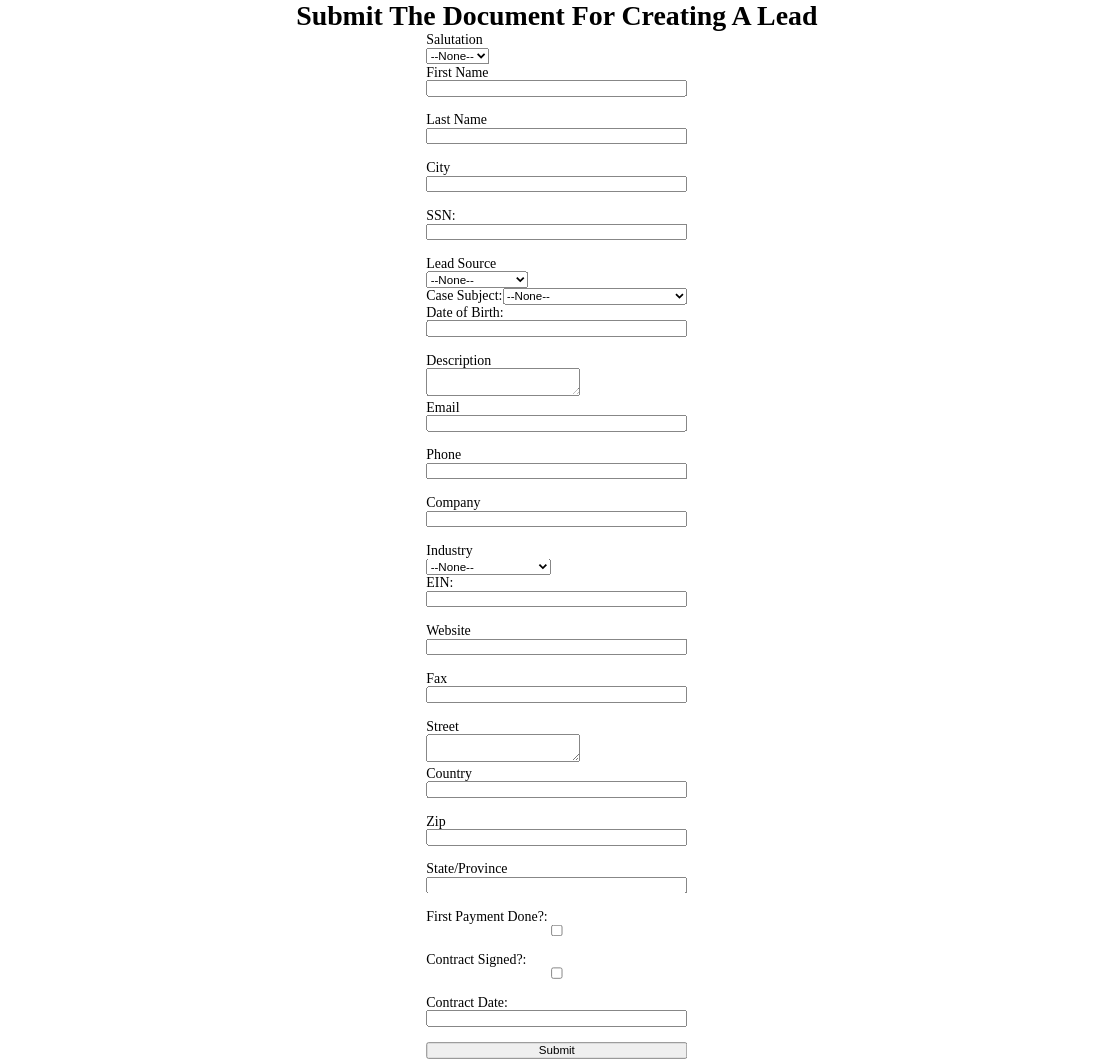
Repository: yaseminvural99/changeForce
Page: index.html
The author's editor kept a copy of each file at every save. The page is drawn from the files as they stood at one save, then again after the next save.
The browser window is 1280 px wide. The pictures show the whole page, at 87% of full size.

Above is the page before, as saved 2024-04-26 21:49:59.

### index.html
<!DOCTYPE html>
<html lang="en">
<head>
    <meta charset="UTF-8">
    <meta name="'viewport" content="width=device-width, initial-scale=1.0">
    <title>Document</title>
    <link rel="stylesheet" href="style.css">
    <script>

    </script>
</head>
<body>
    <h1>Submit The Document For Creating A Lead</h1>

<META HTTP-EQUIV="Content-type" CONTENT="text/html; charset=UTF-8">


    <form action="https://test.salesforce.com/servlet/servlet.WebToLead?encoding=UTF-8&orgId=00DU8000000LYuv" method="POST">

    <input type=hidden name="oid" value="00DU8000000LYuv">
    <input type=hidden name="retURL" value="http://">


    <label for="salutation">Salutation</label><select  id="salutation" name="salutation"><option value="">--None--</option><option value="Mr.">Mr.</option>
    <option value="Ms.">Ms.</option>
    <option value="Mrs.">Mrs.</option>
    <option value="Dr.">Dr.</option>
    <option value="Prof.">Prof.</option>
    <option value="Mx.">Mx.</option>
    </select><br>

    <label for="first_name">First Name</label><input  id="first_name"  name="first_name" size="20" type="text" /><br>

    <label for="last_name">Last Name</label><input  id="last_name"  name="last_name" size="20" type="text" /><br>

    <label for="city">City</label><input  id="city" name="city" size="20" type="text" /><br>

    SSN:<input  id="00NU8000000K5Zp"  name="00NU8000000K5Zp" size="20" type="text" /><br>

    <label for="lead_source">Lead Source</label><select  id="lead_source" name="lead_source"><option value="">--None--</option><option value="Web">Web</option>
    <option value="Phone Inquiry">Phone Inquiry</option>
    <option value="Partner Referral">Partner Referral</option>
    <option value="Purchased List">Purchased List</option>
    <option value="Other">Other</option>
    </select><br>

    Case Subject:<select  id="00NU8000000K5Wb" name="00NU8000000K5Wb" title="Case Subject"><option value="">--None--</option><option value="Affirmative Asylum">Affirmative Asylum</option>
    <option value="AOS Through Asylum">AOS Through Asylum</option>
    <option value="AOS Through Lottery">AOS Through Lottery</option>
    <option value="AOS Through Marriage">AOS Through Marriage</option>
    <option value="Change of Status (B2-F1/J1-F1)">Change of Status (B2-F1/J1-F1)</option>
    <option value="Company Formation">Company Formation</option>
    <option value="Consular Processing (Marriage)">Consular Processing (Marriage)</option>
    <option value="Defensive Asylum (!Non-NTA)">Defensive Asylum (!Non-NTA)</option>
    <option value="Defensive Asylum (Non-NTA)">Defensive Asylum (Non-NTA)</option>
    <option value="Defensive Asylum (NTA)">Defensive Asylum (NTA)</option>
    <option value="E-2 (Change of status)">E-2 (Change of status)</option>
    <option value="E-2 visa">E-2 visa</option>
    <option value="General Immigration">General Immigration</option>
    <option value="I-130 (Marriage)">I-130 (Marriage)</option>
    <option value="I-601A Waiver">I-601A Waiver</option>
    <option value="I-730 (Asylee Relative Petition)">I-730 (Asylee Relative Petition)</option>
    <option value="I-751 (Removing Conditions)">I-751 (Removing Conditions)</option>
    <option value="I-765">I-765</option>
    <option value="J-1 2 Year Rule Waiver">J-1 2 Year Rule Waiver</option>
    <option value="K-1 visa">K-1 visa</option>
    <option value="Mandamus">Mandamus</option>
    <option value="Naturalization">Naturalization</option>
    <option value="Personal Injury">Personal Injury</option>
    <option value="Uncontested Divorce">Uncontested Divorce</option>
    <option value="U visa">U visa</option>
    <option value="VAWA">VAWA</option>
    </select><br>

    Date of Birth:<span class="dateInput dateOnlyInput"><input  id="00NU8000000K5bR" name="00NU8000000K5bR" size="12" type="text" /></span><br>

    <label for="description">Description</label><textarea name="description"></textarea><br>

    <label for="email">Email</label><input  id="email"  name="email" size="20" type="text" /><br>

    <label for="phone">Phone</label><input  id="phone" name="phone" size="20" type="text" /><br>

    <label for="company">Company</label><input  id="company" name="company" size="20" type="text" /><br>

    <label for="industry">Industry</label><select  id="industry" name="industry"><option value="">--None--</option><option value="Agriculture">Agriculture</option>
    <option value="Apparel">Apparel</option>
    <option value="Banking">Banking</option>
    <option value="Biotechnology">Biotechnology</option>
    <option value="Chemicals">Chemicals</option>
    <option value="Communications">Communications</option>
    <option value="Construction">Construction</option>
    <option value="Consulting">Consulting</option>
    <option value="Education">Education</option>
    <option value="Electronics">Electronics</option>
    <option value="Energy">Energy</option>
    <option value="Engineering">Engineering</option>
    <option value="Entertainment">Entertainment</option>
    <option value="Environmental">Environmental</option>
    <option value="Finance">Finance</option>
    <option value="Food &amp; Beverage">Food &amp; Beverage</option>
    <option value="Government">Government</option>
    <option value="Healthcare">Healthcare</option>
    <option value="Hospitality">Hospitality</option>
    <option value="Insurance">Insurance</option>
    <option value="Machinery">Machinery</option>
    <option value="Manufacturing">Manufacturing</option>
    <option value="Media">Media</option>
    <option value="Not For Profit">Not For Profit</option>
    <option value="Recreation">Recreation</option>
    <option value="Retail">Retail</option>
    <option value="Shipping">Shipping</option>
    <option value="Technology">Technology</option>
    <option value="Telecommunications">Telecommunications</option>
    <option value="Transportation">Transportation</option>
    <option value="Utilities">Utilities</option>
    <option value="Other">Other</option>
    </select><br>

    EIN:<input  id="00NU8000000K5YD"  name="00NU8000000K5YD" size="20" type="text" /><br>

    <label for="url">Website</label><input  id="url" name="url" size="20" type="text" /><br>

    <label for="fax">Fax</label><input  id="fax" name="fax" size="20" type="text" /><br>

    <label for="street">Street</label><textarea name="street"></textarea><br>

    <label for="country">Country</label><input  id="country"  name="country" size="20" type="text" /><br>

    <label for="zip">Zip</label><input  id="zip"name="zip" size="20" type="text" /><br>

    <label for="state">State/Province</label><input  id="state"  name="state" size="20" type="text" /><br>

    First Payment Done?:<input  id="00NU8000000K5d3" name="00NU8000000K5d3" type="checkbox" value="1" /><br>

    Contract Signed?:<input  id="00NU8000000K5gH" name="00NU8000000K5gH" type="checkbox" value="1" /><br>

    Contract Date:<span class="dateInput dateOnlyInput"><input  id="00NU8000000K5ef" name="00NU8000000K5ef" size="12" type="text" /></span><br>

    <input type="submit" name="submit">

    </form>
</body>
</html>

### style.css
*{
    margin: 0;
    padding: 0;
    box-sizing: border-box;
}
h1{
    text-align: center;
}
label, input{
    display: block;

}
input{
    width: 100%;
}
form{
    min-width: 300px;
    max-width: 300px;
    margin: 0 auto;
    border: 2px;
}

After the next save:
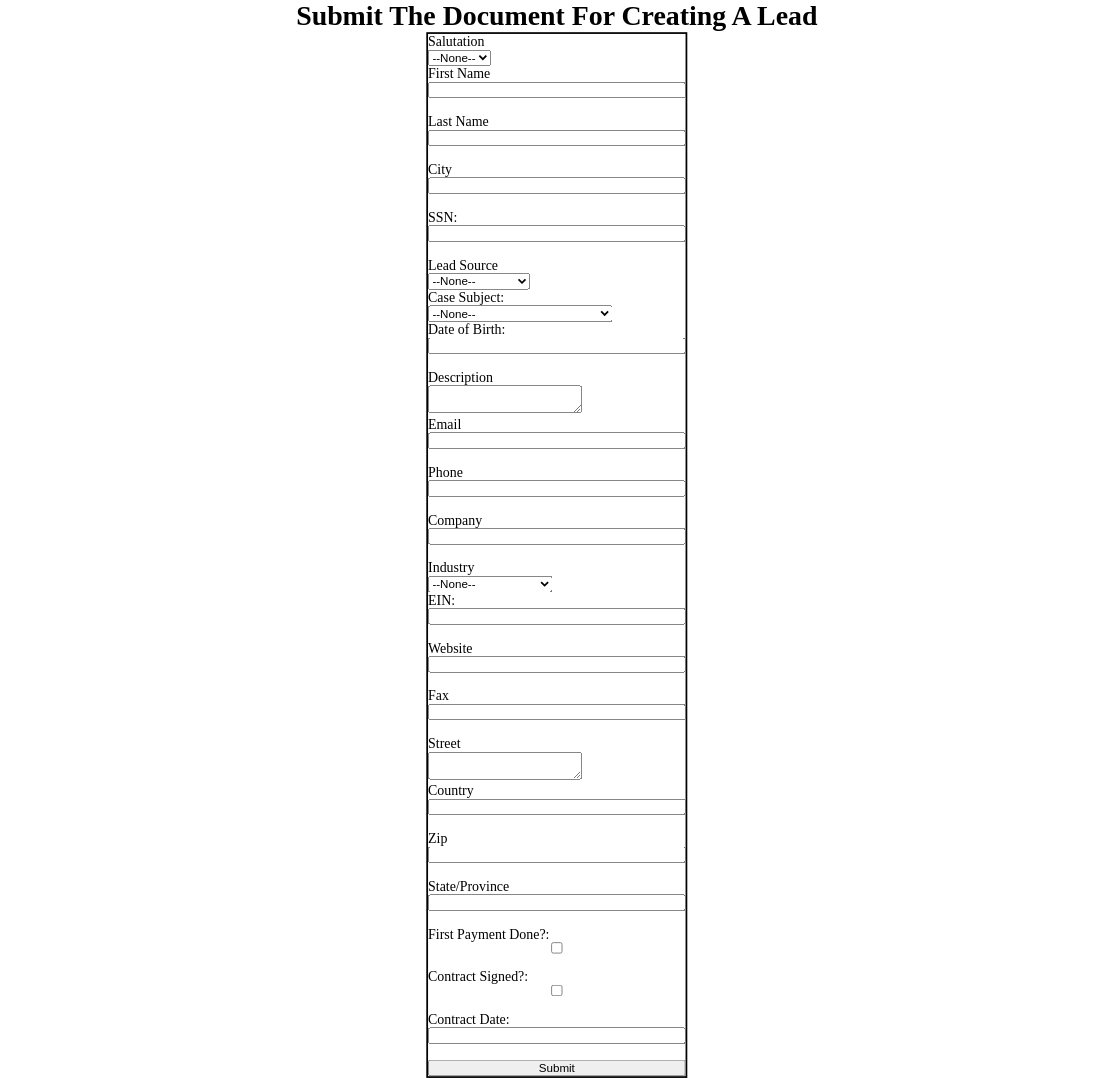
Saved 7 s later.
--- a/style.css
+++ b/style.css
@@ -17,5 +17,5 @@ form{
     min-width: 300px;
     max-width: 300px;
     margin: 0 auto;
-    border: 2px;
+    border: 2px solid;
 }
